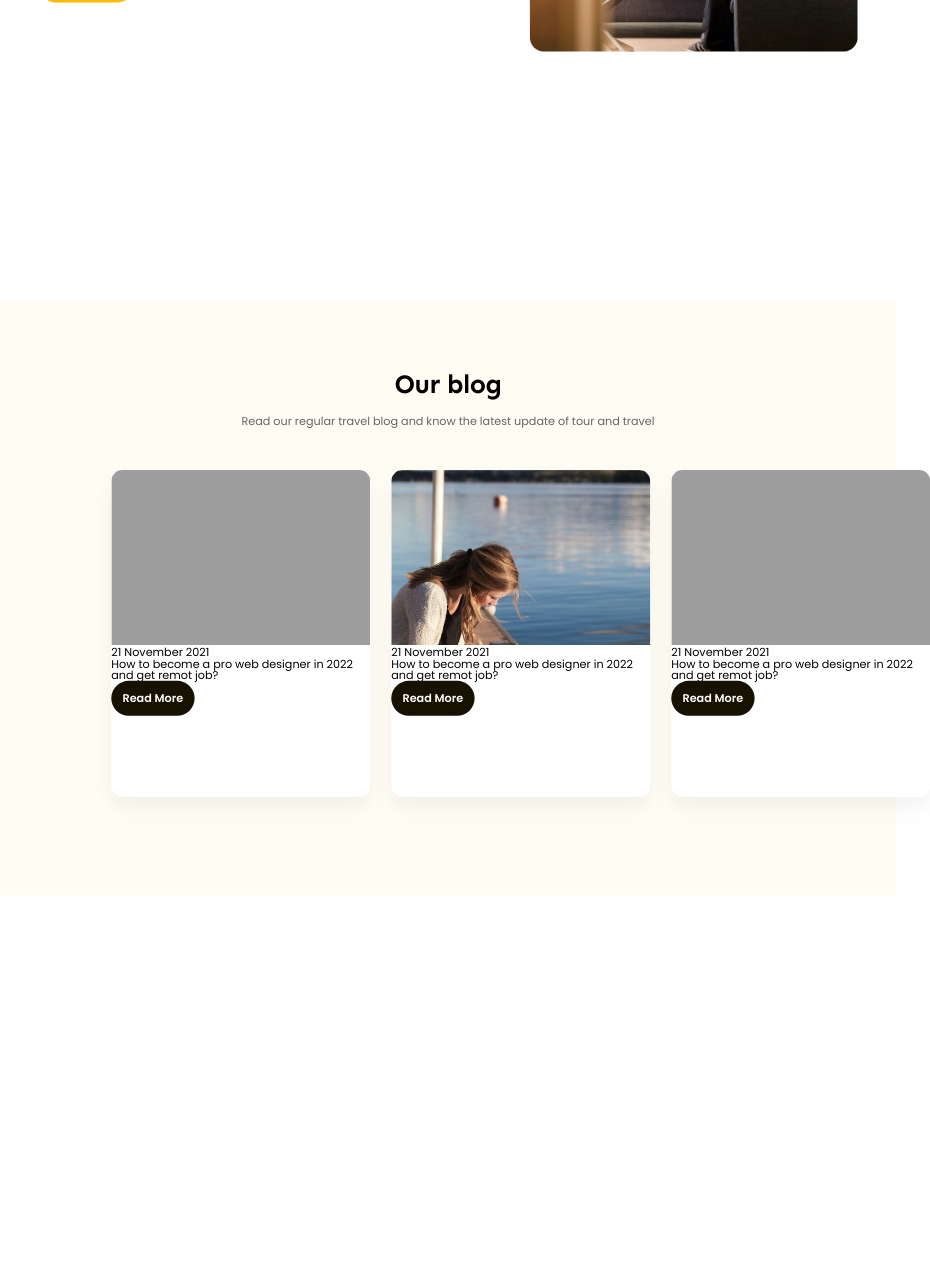
Repository: Toihoclaptrinh/duan1_figma
Page: index.html
These files come from the project's save history. The page is drawn as it stood at one moment and after a run of saves; the edit follows.
The browser window is 1280 px wide. The page is 1329 px wide, then 1280 px, so the pictures cover 1329 px, including what lies to the right of the window. The pictures show the part of the page from y = 3552 to 5392 px (the page is 10000 px tall), at 70% of full size.
Pictures or frames that could not be fetched are drawn as grey boxes.

Above is the page before, as saved 2024-02-17 02:56:55.

After the next 2 saves:
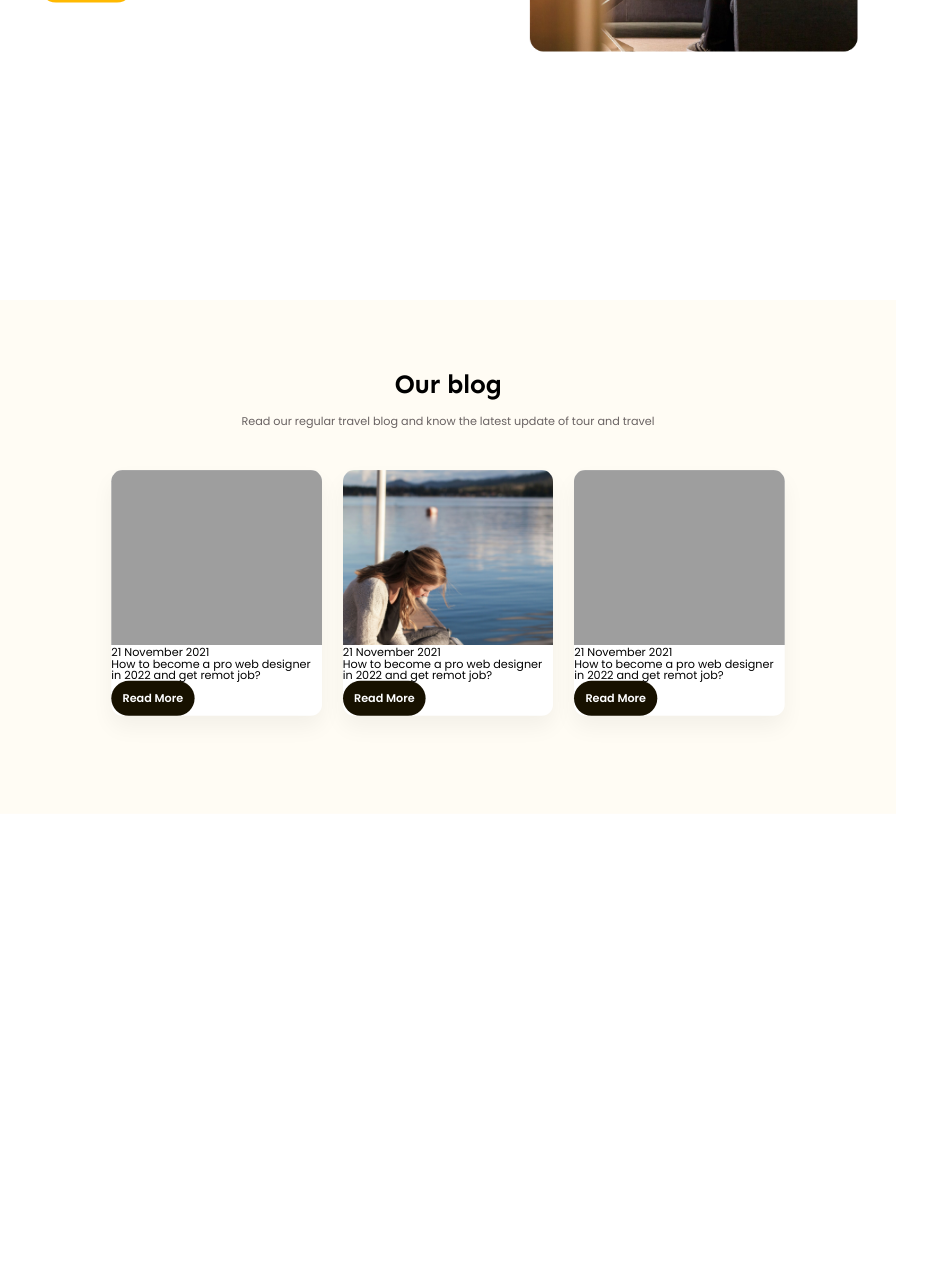
The 2 saves are shown as one change because they came seconds apart.
The last was saved 101 s later.
--- a/assets/css/style.css
+++ b/assets/css/style.css
@@ -617,14 +617,13 @@ a {
 
 .blog-list .blog-item {
   width: 370px;
-  height: 467px;
-  flex-shrink: 0;
   border-radius: 16px;
   background: #fff;
   box-shadow: 0px 16px 32px 0px rgba(0, 0, 0, 0.05);
 }
 
 .blog-list .blog-item .thumb {
+  height: 467px;
   border-radius: 16px 16px 0px 0px;
   max-width: 370px;
   max-height: 250px;
